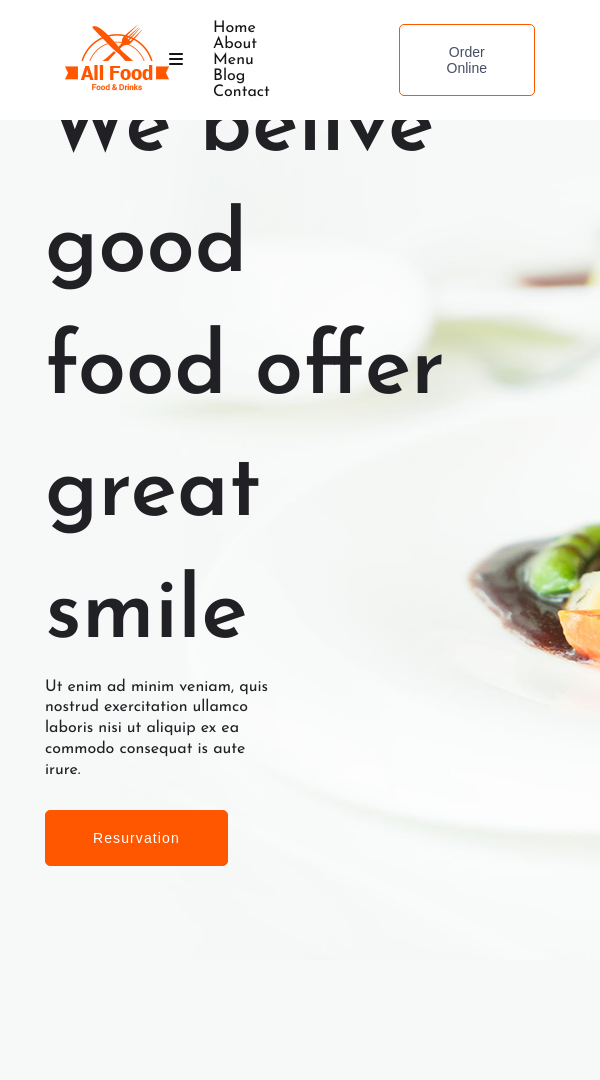
Repository: Ebtehal18/food
Page: index.html
An editor plug-in stored every save of this project. The page is shown before and after the next save, followed by the edit.
The browser window is 600 px wide. The pictures show the whole page.

Above is the page before, as saved 2024-01-17 13:26:57.

After the next save:
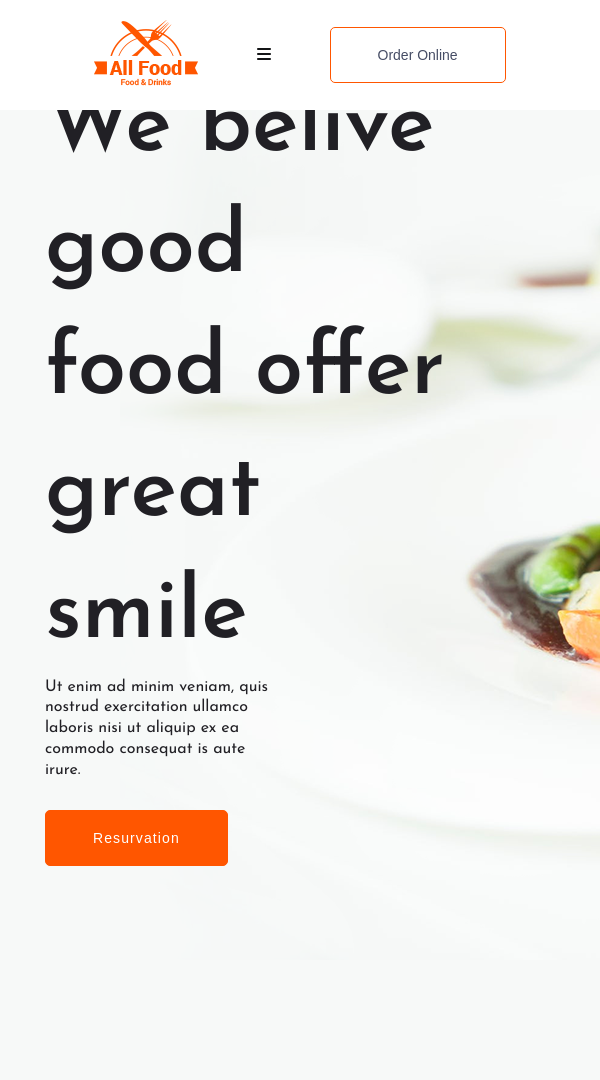
Saved 60 s later.
--- a/asessets/css/style.css
+++ b/asessets/css/style.css
@@ -145,7 +145,13 @@ body {
 .header input {
   display: none;
 }
+input:checked .nav {
+  display: block;
+}
 @media (max-width: 767px) {
+  .header .nav {
+    display: none;
+  }
 }
 /* ===============
        end  navbar
